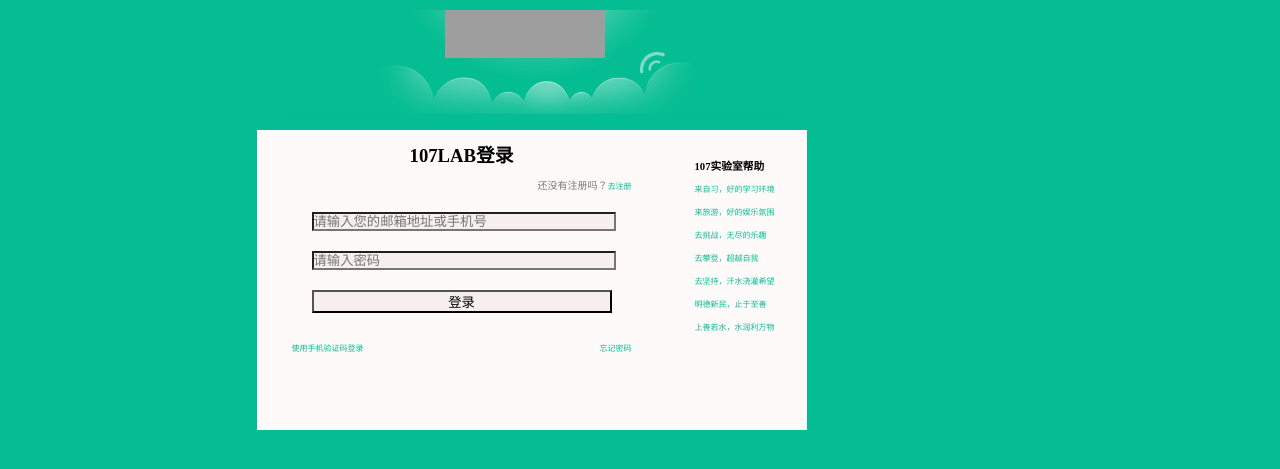
Repository: zz-yy/2023_homework
Page: 第一次考核作业/mazehua/index.html
An editor plug-in stored every save of this project. The page is shown before and after the next save, followed by the edit.
The browser window is 1280 px wide. The pictures show the whole page.
Pictures or frames that could not be fetched are drawn as grey boxes.

Above is the page before, as saved 2024-04-04 22:35:07.

After the next save:
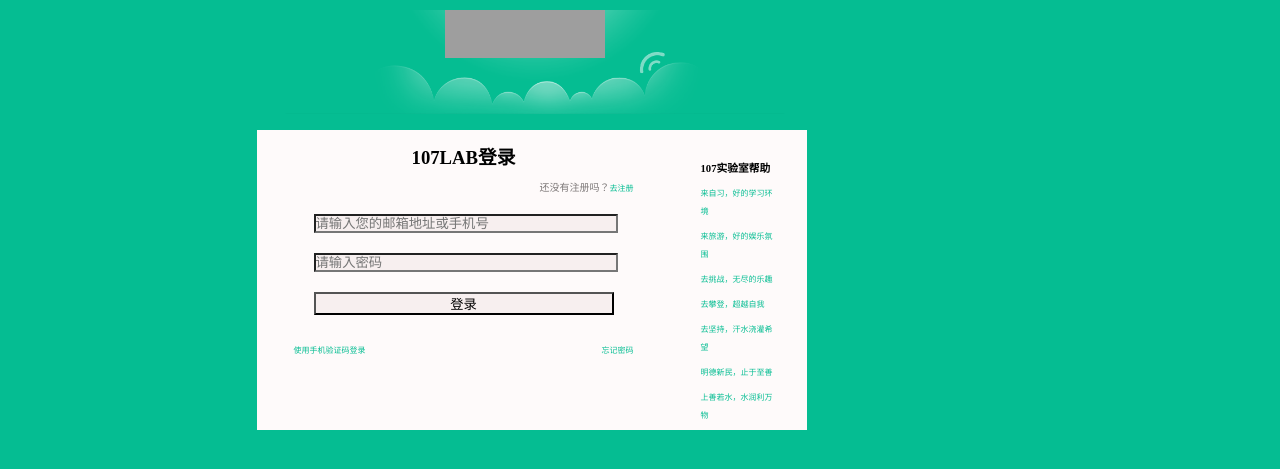
Saved 21 s later.
--- a/第一次考核作业/mazehua/index.css
+++ b/第一次考核作业/mazehua/index.css
@@ -52,7 +52,7 @@ h3{
 li {
     list-style: none;
     padding: 0px 0px;
-    margin: 5px;
+    margin: 7px;
 }
 
 a {
